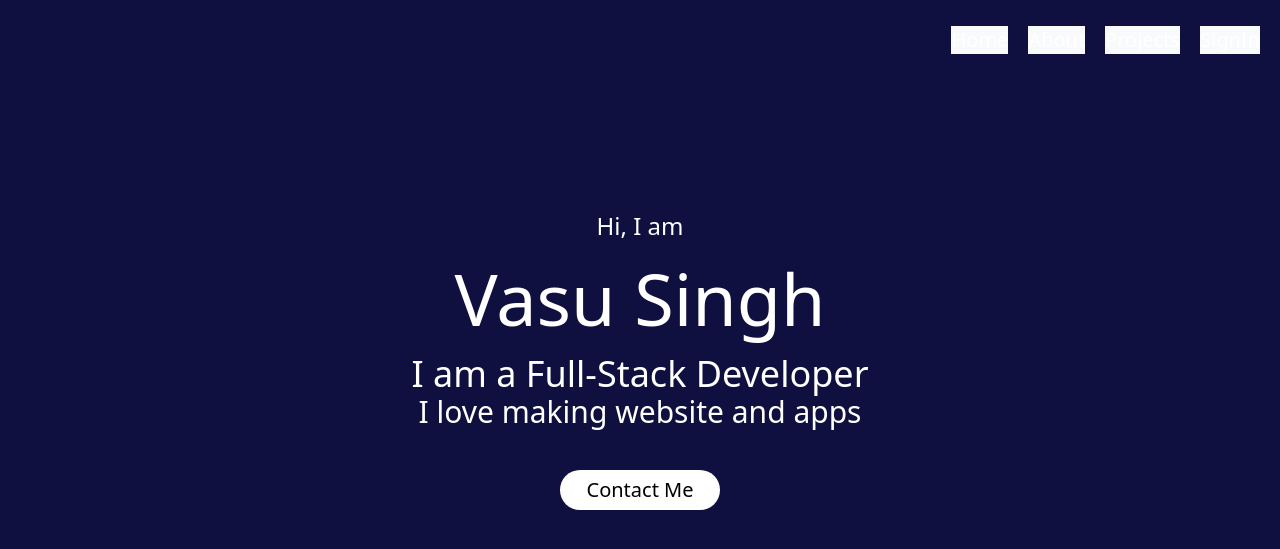
Repository: vasucp1207/vasuDev
Page: /
These files come from the project's save history. The page is drawn as it stood at one moment and after a run of saves; the edit follows.
The browser window is 1280 px wide. The pictures show the whole page.
The project was rebuilt for these pictures with package versions that can differ from the ones it lists, and the page was loaded fresh each time. The framework's server and built-in components were replaced by stand-ins that run in the browser. Also part of the build but not shown: next.config.js.

Above is the page before, as saved 2022-07-17 23:24:46.

After the next 2 saves:
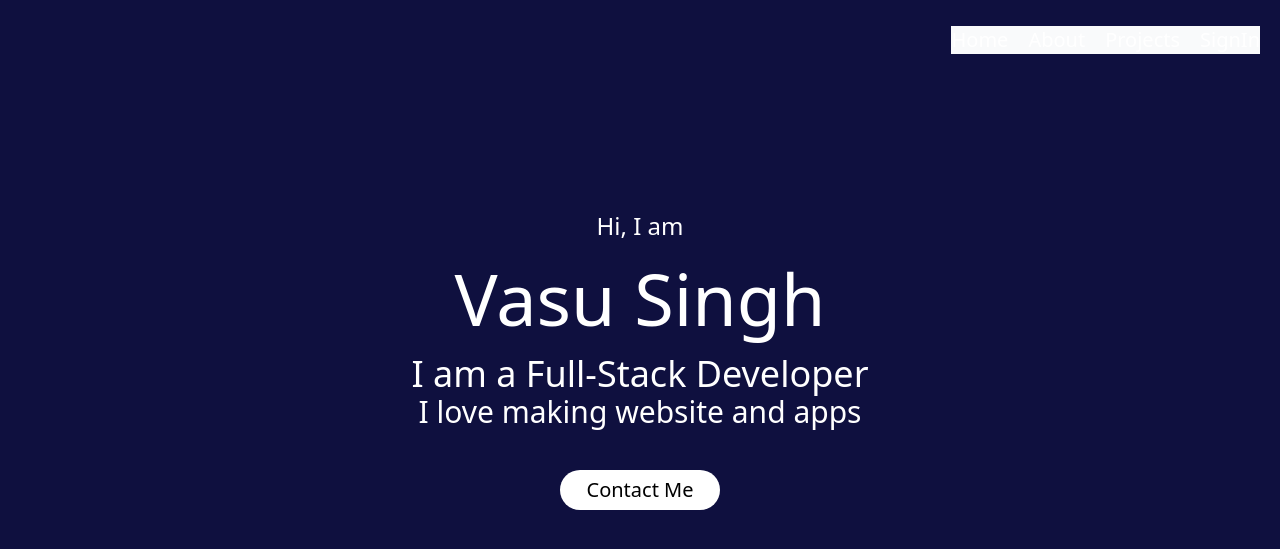
The 2 saves are shown as one change because they came seconds apart.
The last was saved 9 s later.
--- a/pages/Navbar.tsx
+++ b/pages/Navbar.tsx
@@ -3,8 +3,8 @@ import React from 'react'
 function Navbar() {
   return (
     <div className='h-20 w-screen absolute bg-transparent flex justify-end items-center group'>
-        <div className='flex space-x-5 text-xl font-normal mr-5 '>
-            <p className='group-hover:bg-gray-50'>Home</p>
+        <div className='flex space-x-5 text-xl font-normal mr-5 group-hover:bg-gray-50'>
+            <p className=''>Home</p>
             <p className='group-hover:bg-gray-50'>About</p>
             <p className='group-hover:bg-gray-50'>Projects</p>
             <p className='group-hover:bg-gray-50'>SignIn</p>
